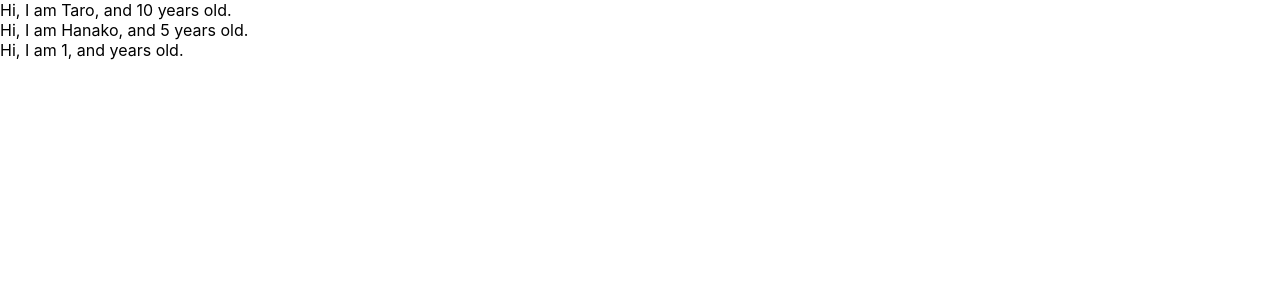
Repository: Tyomu/udemy-react-redux
Page: /
The author's editor kept a copy of each file at every save. The page is drawn from the files as they stood at one save, then again after the next save.
The browser window is 1280 px wide. The pictures show the whole page.
The project was rebuilt for these pictures with package versions that can differ from the ones it lists, and the page was loaded fresh each time.

Above is the page before, as saved 2019-02-04 11:57:28.

After the next save:
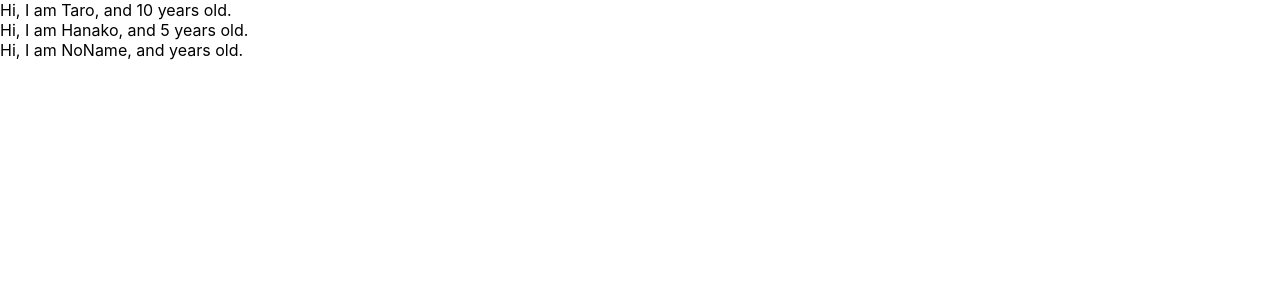
Saved 21 s later.
--- a/src/App.js
+++ b/src/App.js
@@ -5,7 +5,7 @@ const App = () => {
   const profiles = [
     { name: "Taro", age: 10 },
     { name: "Hanako", age: 5 },
-    { name: 1 }
+    { name: "NoName" }
   ];
   return (
     <div>
